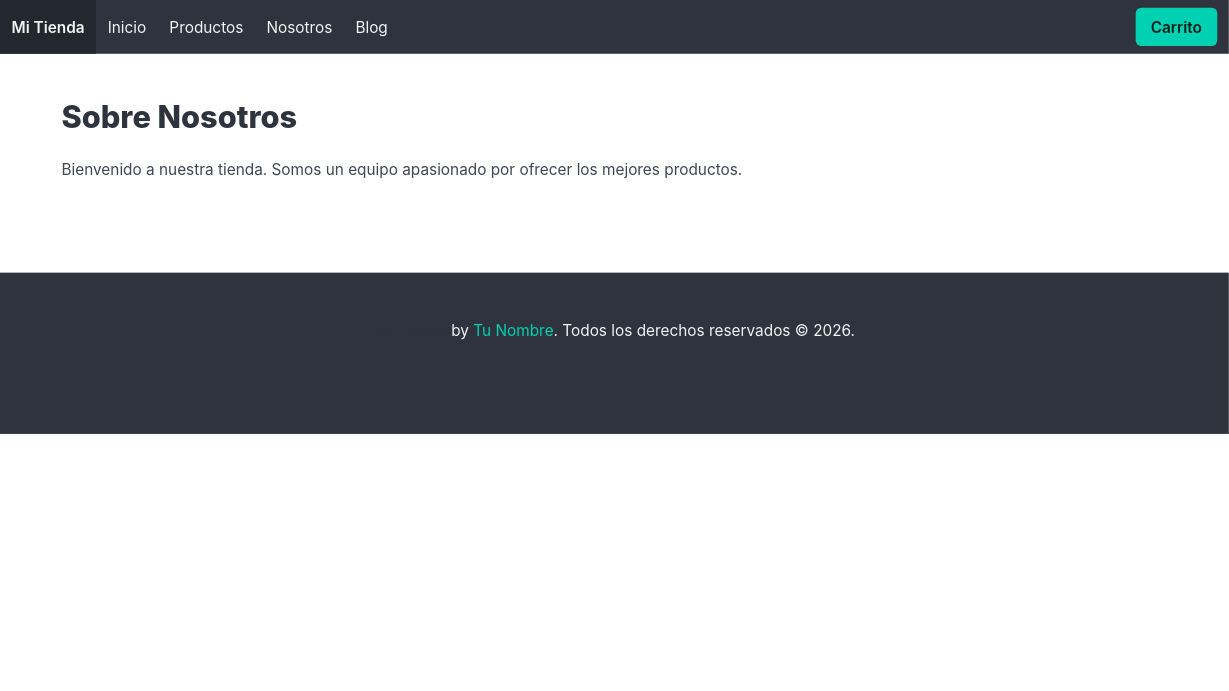
Repository: Jeann7226/Proyecto_FullStack
Page: pages/nosotros.html
These files come from the project's save history. The page is drawn as it stood at one moment and after the next save; the edit follows.
The browser window is 1280 px wide. The pictures show the whole page, at 96% of full size.

Above is the page before, as saved 2026-09-03 21:37:55.

After the next save:
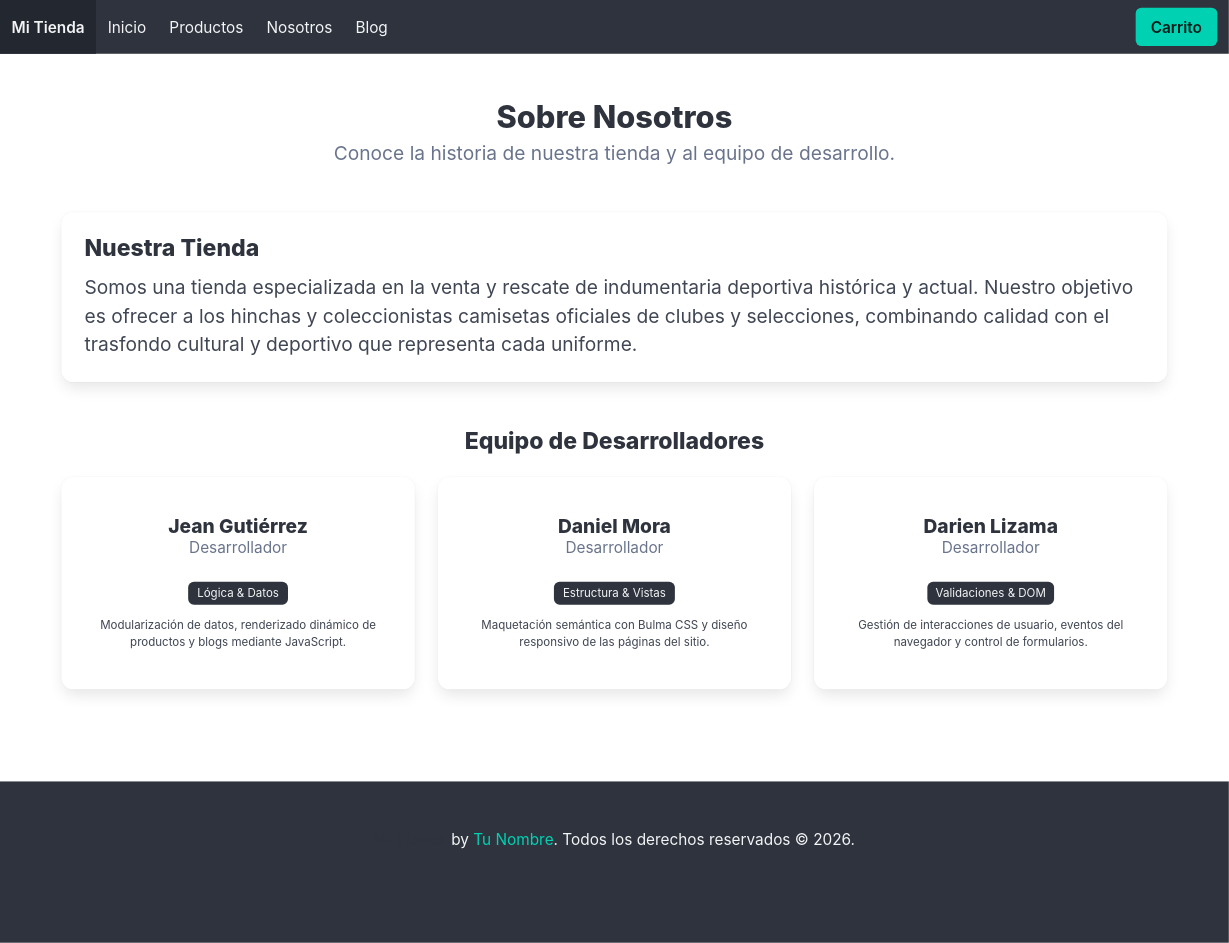
Saved 32 s later.
--- a/pages/nosotros.html
+++ b/pages/nosotros.html
@@ -11,9 +11,8 @@
     <header id="main-header"></header>
 
     <main class="section min-vh-100">
-        <div class="container">
-            <h1 class="title">Sobre Nosotros</h1>
-            <p>Bienvenido a nuestra tienda. Somos un equipo apasionado por ofrecer los mejores productos.</p>
+        <div class="container" id="contenedor-nosotros">
+            <!-- Inyectado dinámicamente desde js/nosotros.js -->
         </div>
     </main>
 

After the save that followed:
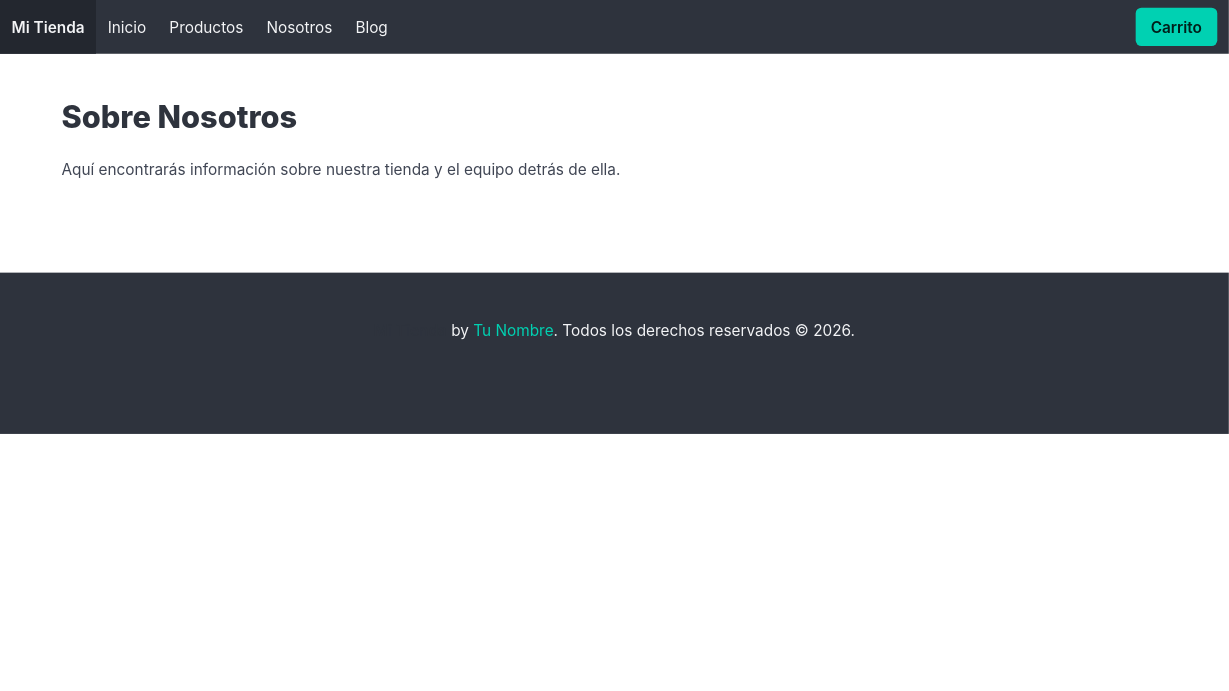
Saved 2 min 38 s later.
--- a/pages/nosotros.html
+++ b/pages/nosotros.html
@@ -11,8 +11,9 @@
     <header id="main-header"></header>
 
     <main class="section min-vh-100">
-        <div class="container" id="contenedor-nosotros">
-            <!-- Inyectado dinámicamente desde js/nosotros.js -->
+        <div class="container">
+            <h1 class="title">Sobre Nosotros</h1>
+            <p>Aquí encontrarás información sobre nuestra tienda y el equipo detrás de ella.</p>
         </div>
     </main>
 
